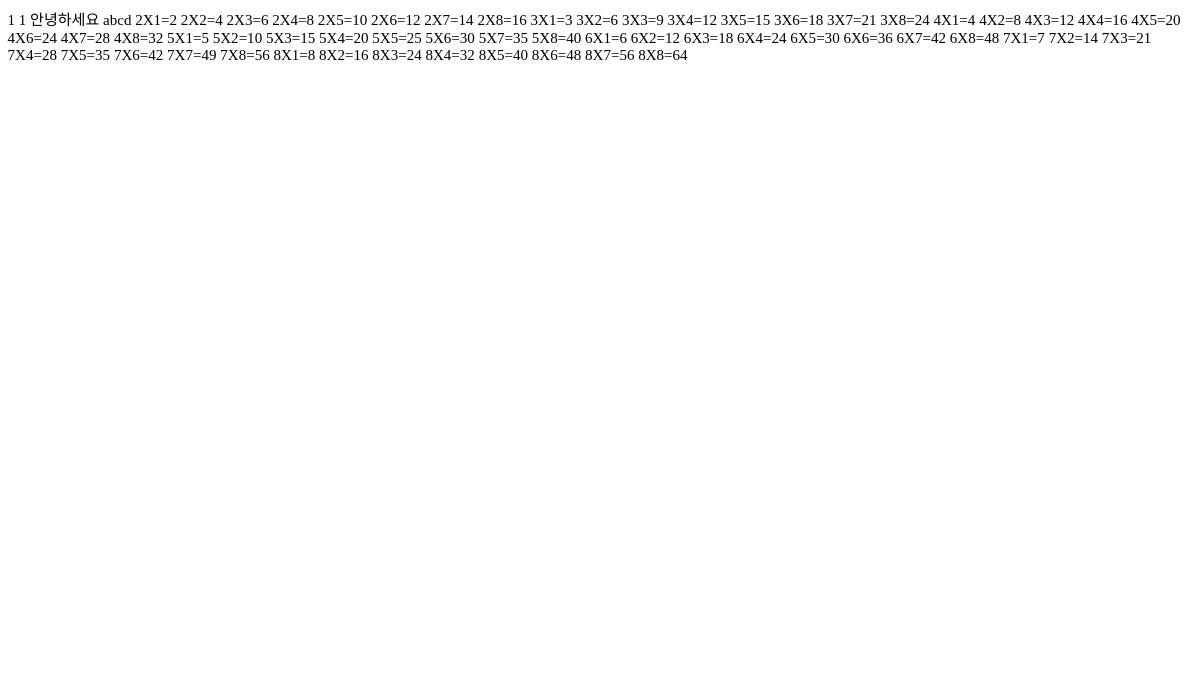
Repository: Luho0113/SpringBootStudy
Page: http://localhost/web/
An editor plug-in stored every save of this project. The page is shown before and after the next save, followed by the edit.
The browser window is 1280 px wide. The pictures show the whole page, at 94% of full size.
The page is served by Tomcat 9.

Above is the page before, as saved 2023-05-03 02:00:58.

After the next save:
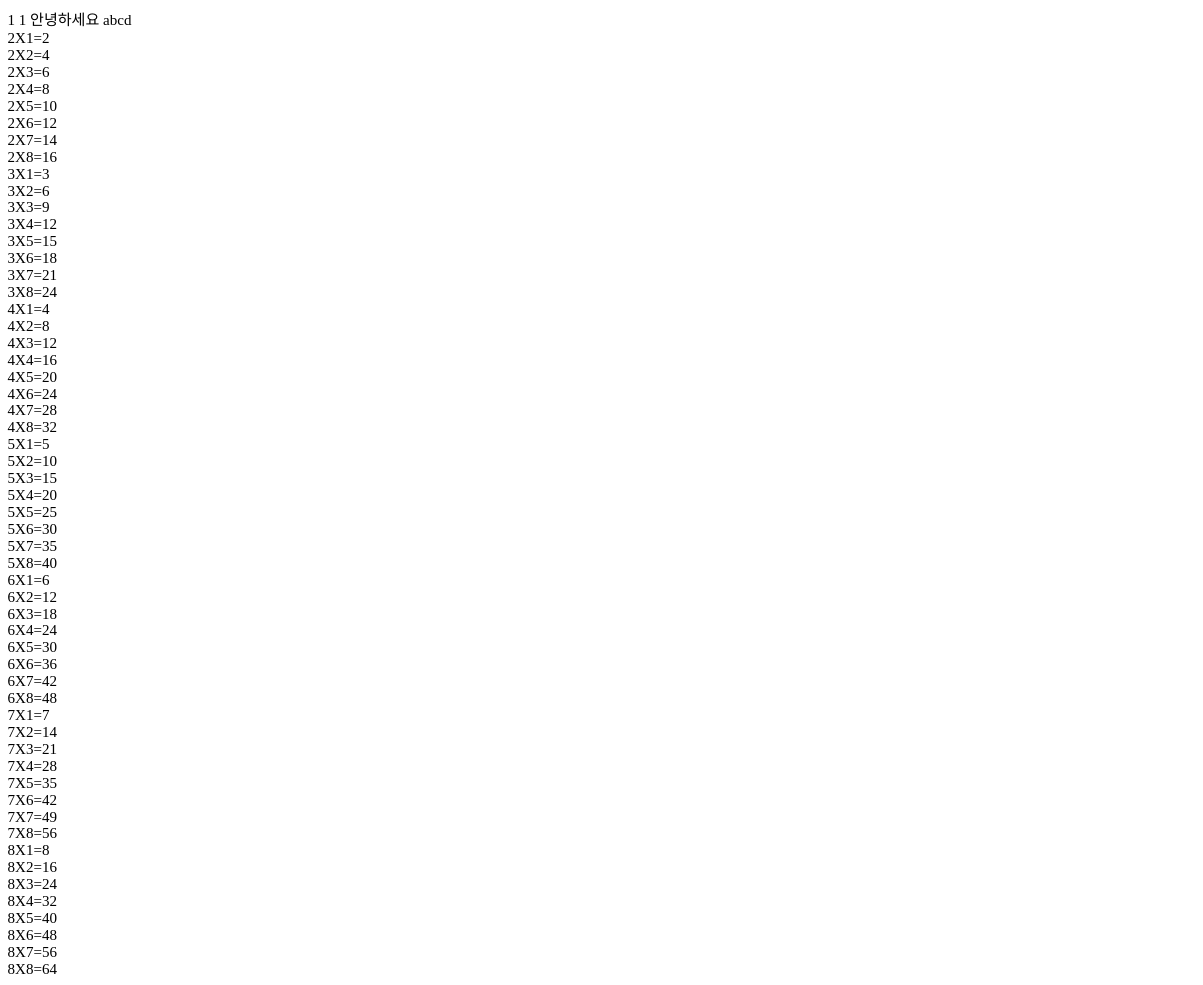
Saved 108 s later.
--- a/web/src/main/webapp/index.jsp
+++ b/web/src/main/webapp/index.jsp
@@ -17,7 +17,7 @@
 out.println("abcd");
 for(int i=2; i<9; i++){
 	for(int j=1; j<9; j++){
-		out.println(i + "X" + j + "=" + i*j);
+		out.println("<br>"+ i + "X" + j + "=" + i*j);
 	}
 }
 %>
